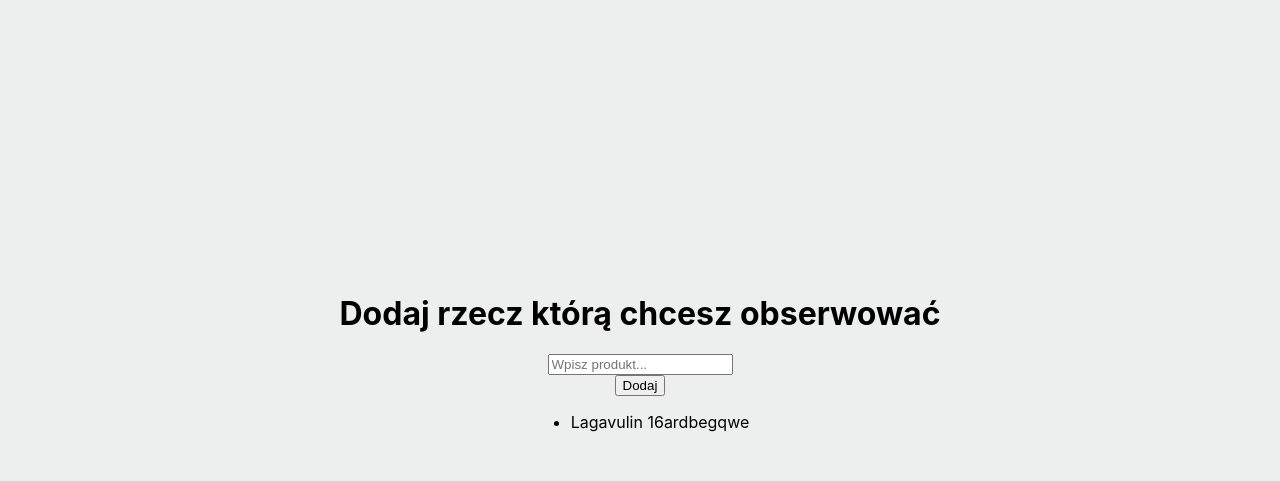
Repository: matedoo/crawler
Page: /MainApp
The author's editor kept a copy of each file at every save. The page is drawn from the files as they stood at one save, then again after the next save.
The browser window is 1280 px wide. The pictures show the whole page.
The project was rebuilt for these pictures with package versions that can differ from the ones it lists, and the page was loaded fresh each time. Requests to the local data server were answered from the project's data file. Also part of the build but not shown: src/Components/button.js, src/Components/LoginComponents/LoginApp.js, src/Components/LoginComponents/RegisterApp.js, src/Components/btnContainer.js, src/Components/heading.js, src/Components/LoginComponents/StartApp.js, src/Components/MainApp/MainAppElement.js.

Above is the page before, as saved 2020-04-27 19:10:59.

After the next save:
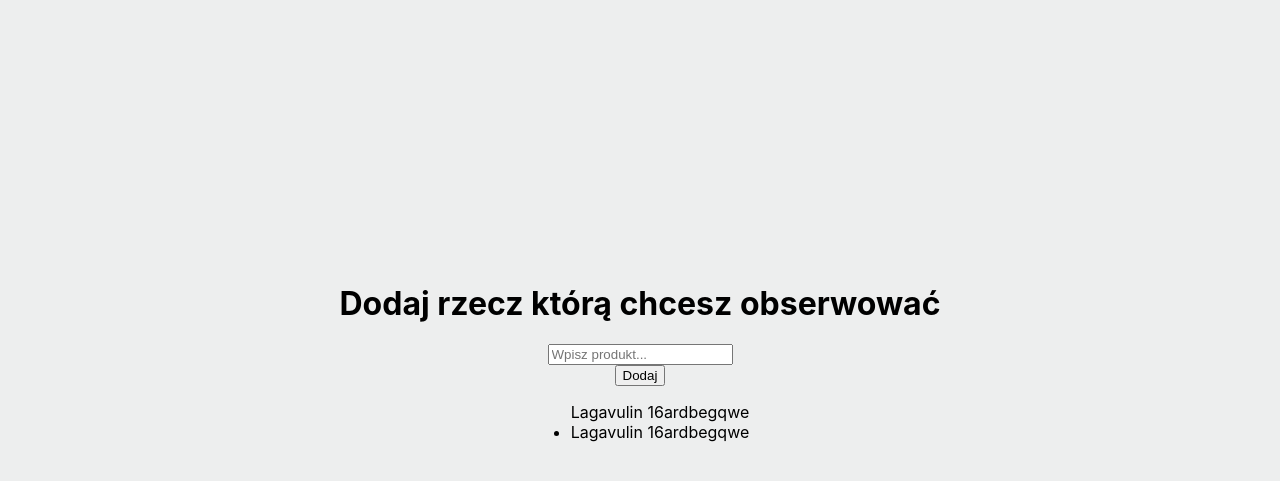
Saved 18 s later.
--- a/src/Components/MainApp/MainApp.js
+++ b/src/Components/MainApp/MainApp.js
@@ -105,7 +105,7 @@ function MainApp(props) {
         {!!error && <p>{error}</p>}
         <div>
         <ul>
-        {/* {fetchedData.title} */}
+        {fetchedData.title}
         <li >{fetchedData.title} </li>
         </ul>
         </div>

After the save that followed:
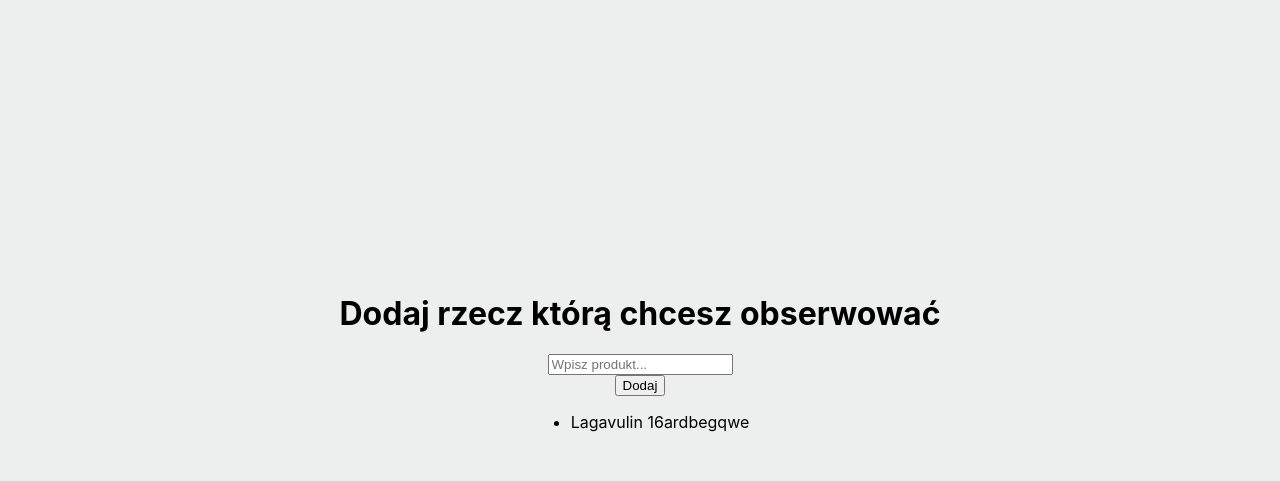
Saved 39 s later.
--- a/src/Components/MainApp/MainApp.js
+++ b/src/Components/MainApp/MainApp.js
@@ -105,7 +105,7 @@ function MainApp(props) {
         {!!error && <p>{error}</p>}
         <div>
         <ul>
-        {fetchedData.title}
+        {console.log(`${fetchedData.title} title`  )}
         <li >{fetchedData.title} </li>
         </ul>
         </div>
